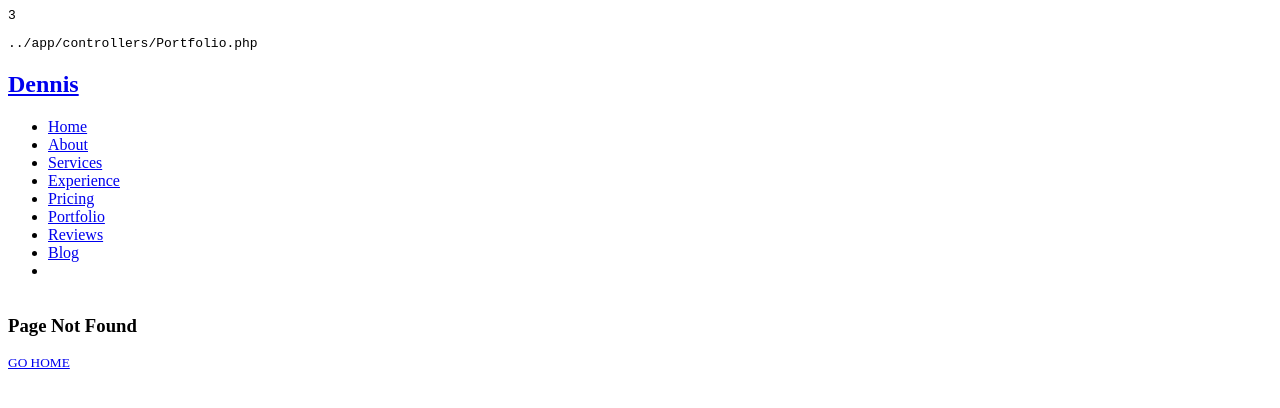
Repository: Teeticode/project_manager_tool
Page: http://localhost/portfolio/public/
These files come from the project's save history. The page is drawn as it stood at one moment and after the next save; the edit follows.
The browser window is 1280 px wide. The pictures show the whole page.
Some icons come from a web library that is not loaded, so they are not drawn. The page is run by PHP 8.4 with error messages shown; the project is at /var/www/html/.

Above is the page before, as saved 2022-09-07 15:32:15.
Console error: SyntaxError: Unexpected token '<'

After the next save:
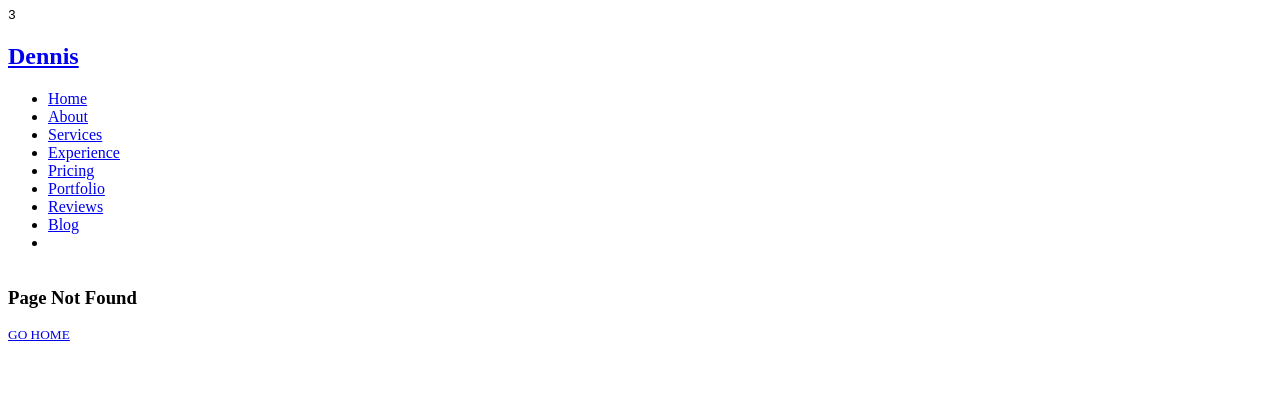
Saved 3 min 30 s later.
--- a/app/core/app.php
+++ b/app/core/app.php
@@ -14,7 +14,7 @@
         }else{
             $filename = "../app/controllers/".ucfirst($url[0]).".php";
         }
-        show($filename);
+
 
         if(file_exists($filename))
         {

After the save that followed:
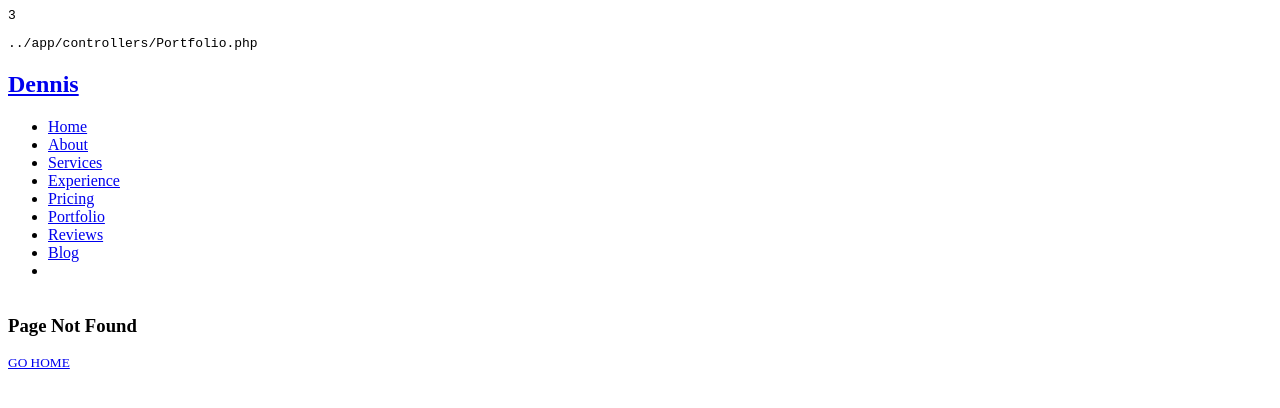
Saved 6 s later.
--- a/app/core/app.php
+++ b/app/core/app.php
@@ -14,7 +14,7 @@
         }else{
             $filename = "../app/controllers/".ucfirst($url[0]).".php";
         }
-
+        show($filename);
 
         if(file_exists($filename))
         {
